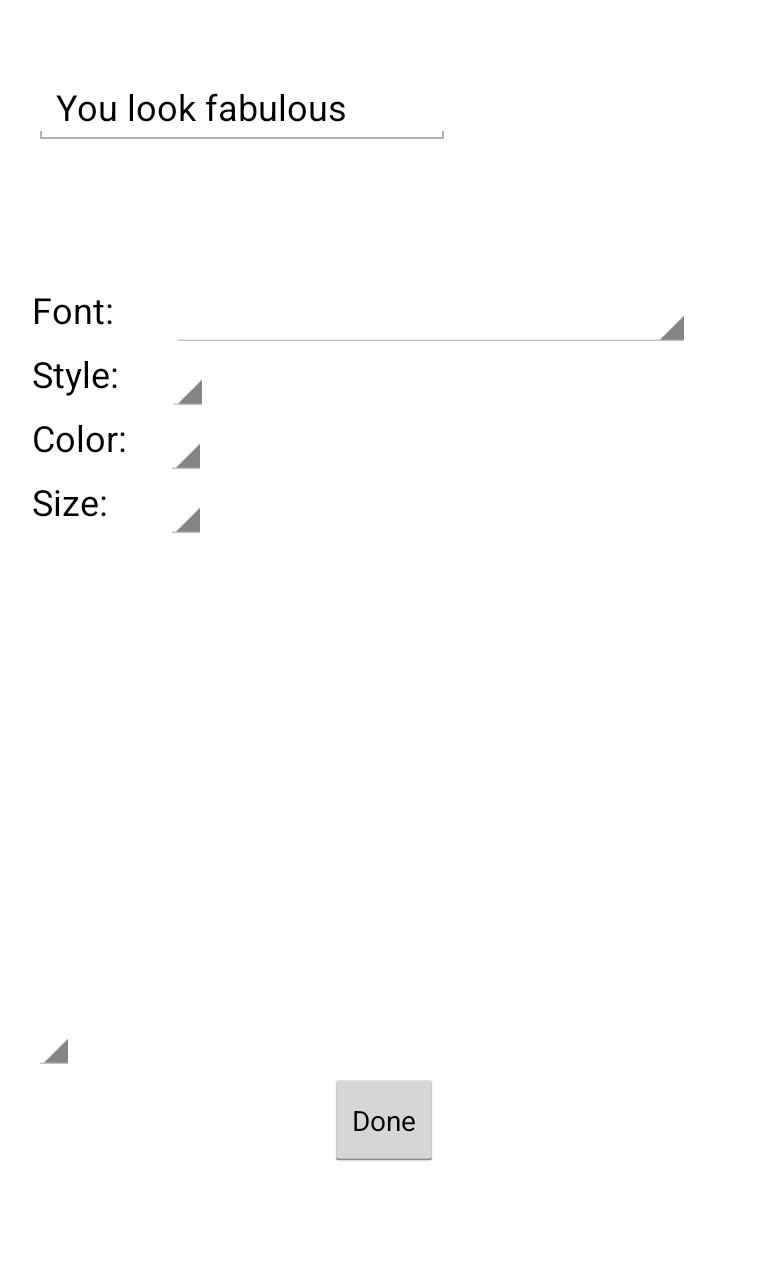
Repository: rtyanas/MyPics
Layout: workspace/MyPic/res/layout/activity_settings.xml
The author's editor kept a copy of each file at every save. The layout is drawn from the files as they stood at one save, then again after the next save.
It is drawn on a 768 x 1280 px phone screen (xhdpi) without system bars, with theme AppTheme; the app's code is not run.

Above is the layout before, as saved 2013-12-17 19:28:41.

### workspace/MyPic/res/layout/activity_settings.xml
<RelativeLayout xmlns:android="http://schemas.android.com/apk/res/android"
    xmlns:tools="http://schemas.android.com/tools"
    android:id="@+id/message"
    android:layout_width="match_parent"
    android:layout_height="match_parent"
    android:paddingBottom="@dimen/activity_vertical_margin"
    android:paddingLeft="@dimen/activity_horizontal_margin"
    android:paddingRight="@dimen/activity_horizontal_margin"
    android:paddingTop="@dimen/activity_vertical_margin"
    tools:context=".SettingsActivity" >

    <EditText
        android:id="@+id/editText1"
        android:layout_width="wrap_content"
        android:layout_height="wrap_content"
        android:layout_alignParentTop="true"
        android:layout_marginTop="18dp"
        android:ems="10"
        android:text="@string/fabulous" />

    <Button
        android:id="@+id/done"
        style="?android:attr/buttonStyleSmall"
        android:layout_width="wrap_content"
        android:layout_height="wrap_content"
        android:layout_alignParentBottom="true"
        android:layout_centerHorizontal="true"
        android:layout_marginBottom="40dp"
        android:text="@string/done" />

    <Spinner
        android:id="@+id/rotate"
        android:layout_width="wrap_content"
        android:layout_height="wrap_content"
        android:layout_above="@+id/done" />

    <LinearLayout
        android:id="@+id/linearLayout2"
        android:layout_width="wrap_content"
        android:layout_height="wrap_content"
        android:layout_alignLeft="@+id/linearLayout1"
        android:layout_below="@+id/linearLayout1" >

        <TextView
            android:id="@+id/textView1"
            android:layout_width="67dp"
            android:layout_height="wrap_content"
            android:text="@string/style"
            android:textAppearance="?android:attr/textAppearanceMedium" />

        <Spinner
            android:id="@+id/style"
            android:layout_width="wrap_content"
            android:layout_height="wrap_content"
            android:layout_weight="1" />
    </LinearLayout>

    <LinearLayout
        android:id="@+id/linearLayout3"
        android:layout_width="wrap_content"
        android:layout_height="wrap_content"
        android:layout_alignLeft="@+id/linearLayout2"
        android:layout_below="@+id/linearLayout2" >

        <TextView
            android:id="@+id/textView3"
            android:layout_width="66dp"
            android:layout_height="wrap_content"
            android:text="@string/color_label"
            android:textAppearance="?android:attr/textAppearanceMedium" />

        <Spinner
            android:id="@+id/color"
            android:layout_width="wrap_content"
            android:layout_height="wrap_content"
            android:layout_weight="1" />
    </LinearLayout>

    <LinearLayout
        android:id="@+id/linearLayout1"
        android:layout_width="wrap_content"
        android:layout_height="wrap_content"
        android:layout_alignLeft="@+id/editText1"
        android:layout_below="@+id/editText1"
        android:layout_marginTop="69dp" >

        <TextView
            android:id="@+id/textView2"
            android:layout_width="69dp"
            android:layout_height="wrap_content"
            android:text="@string/font"
            android:textAppearance="?android:attr/textAppearanceMedium" />

        <Spinner
            android:id="@+id/font"
            android:layout_width="261dp"
            android:layout_height="wrap_content" />
    </LinearLayout>

    <LinearLayout
        android:layout_width="wrap_content"
        android:layout_height="wrap_content"
        android:layout_alignLeft="@+id/linearLayout3"
        android:layout_below="@+id/linearLayout3" >

        <TextView
            android:id="@+id/textView4"
            android:layout_width="66dp"
            android:layout_height="wrap_content"
            android:text="@string/size_label"
            android:textAppearance="?android:attr/textAppearanceMedium" />

        <Spinner
            android:id="@+id/size"
            android:layout_width="wrap_content"
            android:layout_height="wrap_content"
            android:layout_marginBottom="61dp"
            android:layout_weight="1" />
    </LinearLayout>

</RelativeLayout>

### workspace/MyPic/res/values/strings.xml
<?xml version="1.0" encoding="utf-8"?>
<resources>

    <string name="app_name">MyPic</string>
    <string name="action_settings">Settings</string>
    <string name="hello_world">Hello world!</string>
    <string name="fabulous">You look fabulous</string>
    <string name="my_pic_image">myPic Image</string>
    <string name="get_image">Get Image</string>
    <string name="title_activity_get_image">GetImageActivity</string>
    <string name="title_activity_settings">SettingsActivity</string>
    <string name="init_text">You are fabulous</string>
    <string name="done">Done</string>
    <string-array name="Fonts">
        <item >Normal</item>
        <item >Monospace</item>
        <item >Sans Serif</item>
        <item >Serif</item>
    </string-array>
    <string-array name="Color">
        <item >Black</item>
        <item >Red</item>
        <item >Green</item>
        <item >White</item>
        <item >Blue</item>
        <item >Grey</item>
        <item >Cyan</item>
        <item >Dark Gray</item>
        <item >Magenta</item>
        <item >Transparent</item>
        <item >Yellow</item>
    </string-array>
    <string-array name="Style">
        <item >Bold</item>
        <item >Bold Italic</item>
        <item >Italic</item>
        <item >Normal</item>
    </string-array>
    <string-array name="Size">
        <item >12</item>
        <item >16</item>
        <item >18</item>
        <item >24</item>
        <item >28</item>
        <item >32</item>
        <item >36</item>
        <item >40</item>
    </string-array>
    <string-array name="Rotate">
        <item >0</item>
        <item >-90</item>
        <item >90</item>
    </string-array>
        <string name="font">Font:</string>
        <string name="style">Style:</string>
        <string name="color_label">Color:</string>
        <string name="size_label">Size:</string>
        <string name="rotate_label">Rotate:</string>

</resources>

Loaded but not shown: workspace/MyPic/res/values/styles.xml (common file); workspace/MyPic/res/values-v11/styles.xml (common file); workspace/MyPic/res/values-v14/styles.xml (common file); workspace/MyPic/res/values/dimens.xml (common file)

After the next save:
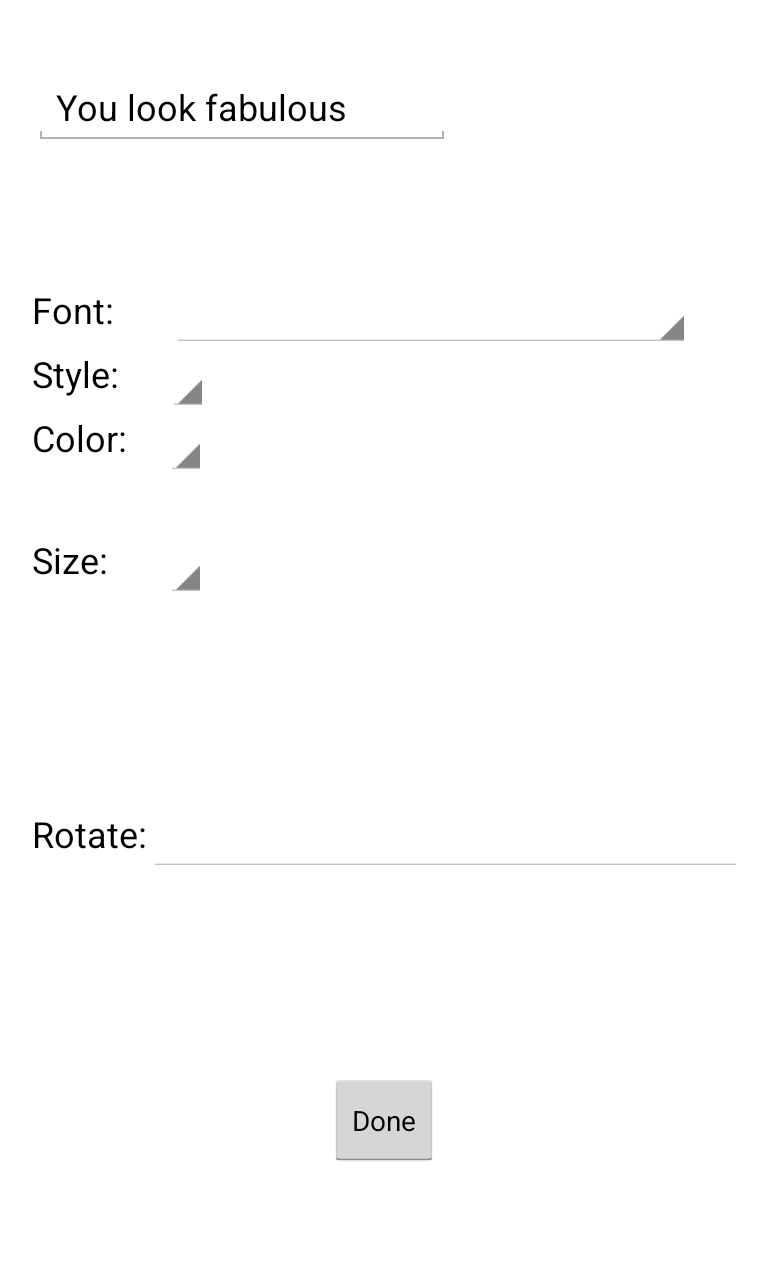
Saved 7 min 29 s later.
--- a/workspace/MyPic/res/layout/activity_settings.xml
+++ b/workspace/MyPic/res/layout/activity_settings.xml
@@ -27,12 +27,6 @@
         android:layout_centerHorizontal="true"
         android:layout_marginBottom="40dp"
         android:text="@string/done" />
-
-    <Spinner
-        android:id="@+id/rotate"
-        android:layout_width="wrap_content"
-        android:layout_height="wrap_content"
-        android:layout_above="@+id/done" />
 
     <LinearLayout
         android:id="@+id/linearLayout2"
@@ -100,8 +94,30 @@
     <LinearLayout
         android:layout_width="wrap_content"
         android:layout_height="wrap_content"
+        android:layout_alignLeft="@+id/linearLayout4"
+        android:layout_below="@+id/linearLayout4"
+        android:layout_marginTop="44dp" >
+
+        <TextView
+            android:id="@+id/textView5"
+            android:layout_width="wrap_content"
+            android:layout_height="wrap_content"
+            android:text="@string/rotate_label"
+            android:textAppearance="?android:attr/textAppearanceMedium" />
+
+        <Spinner
+            android:id="@+id/rotate"
+            android:layout_width="364dp"
+            android:layout_height="wrap_content" />
+    </LinearLayout>
+
+    <LinearLayout
+        android:id="@+id/linearLayout4"
+        android:layout_width="wrap_content"
+        android:layout_height="wrap_content"
         android:layout_alignLeft="@+id/linearLayout3"
-        android:layout_below="@+id/linearLayout3" >
+        android:layout_below="@+id/linearLayout3"
+        android:layout_marginTop="29dp" >
 
         <TextView
             android:id="@+id/textView4"
@@ -114,8 +130,7 @@
             android:id="@+id/size"
             android:layout_width="wrap_content"
             android:layout_height="wrap_content"
-            android:layout_marginBottom="61dp"
-            android:layout_weight="1" />
+            android:layout_marginBottom="61dp" />
     </LinearLayout>
 
 </RelativeLayout>
